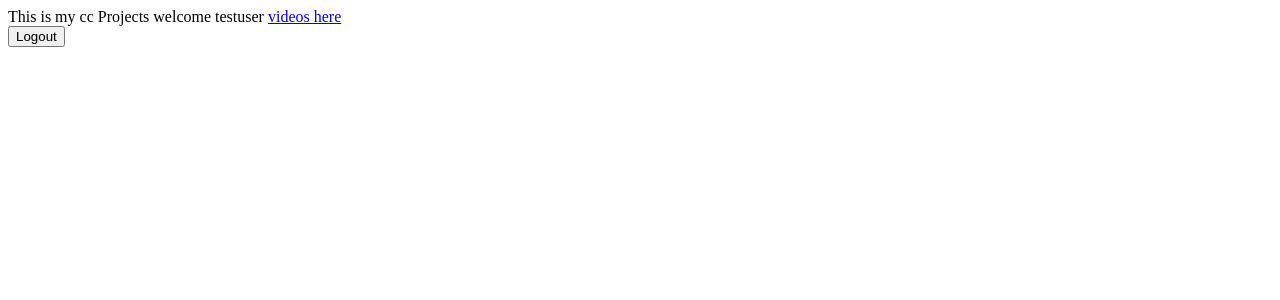
Repository: adarshsingh011/demoapp
Page: http://localhost/demoapp/report.jsp
These files come from the project's save history. The page is drawn as it stood at one moment and after the next save; the edit follows.
The browser window is 1280 px wide. The pictures show the whole page.
The page is served by Tomcat 10. The session is filled in as if someone had signed in: {"username": "testuser"}.

Above is the page before, as saved 2022-03-17 07:18:00.

After the next save:
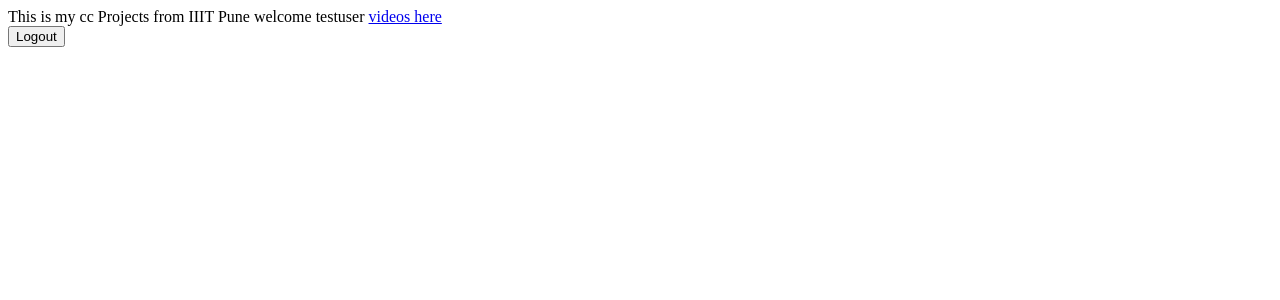
Saved 13 min 2 s later.
--- a/demoapp/src/main/webapp/report.jsp
+++ b/demoapp/src/main/webapp/report.jsp
@@ -16,6 +16,7 @@
 		}
 	%>
 	This is my cc Projects
+	from IIIT Pune
 	welcome ${username }
 	<a href= "videos.jsp">videos here</a>
 
